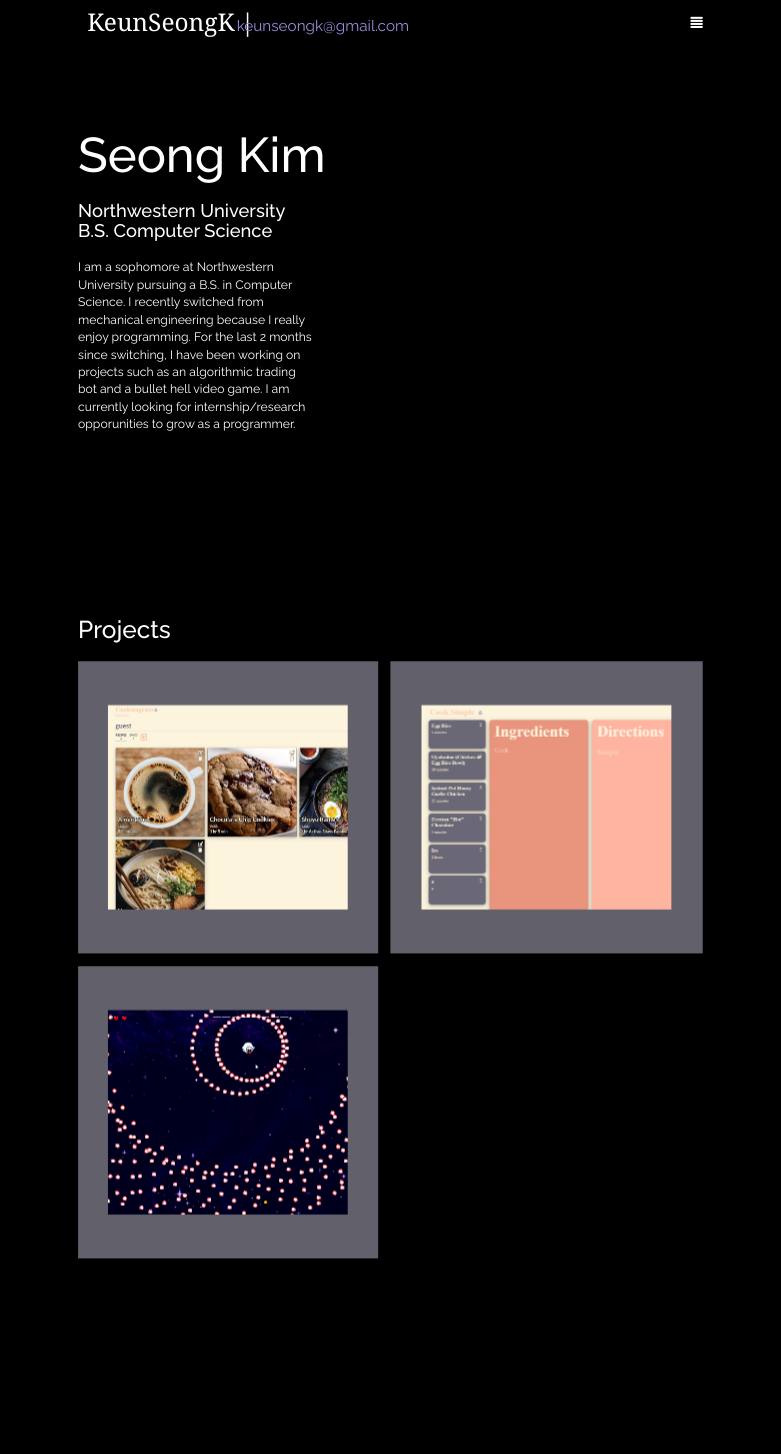
Repository: oqueuo/personal-site
Page: index.html
The author's editor kept a copy of each file at every save. The page is drawn from the files as they stood at one save, then again after the next save.
The browser window is 1280 px wide. The pictures show the whole page, at 61% of full size.

Above is the page before, as saved 2020-09-21 18:45:31.

After the next save:
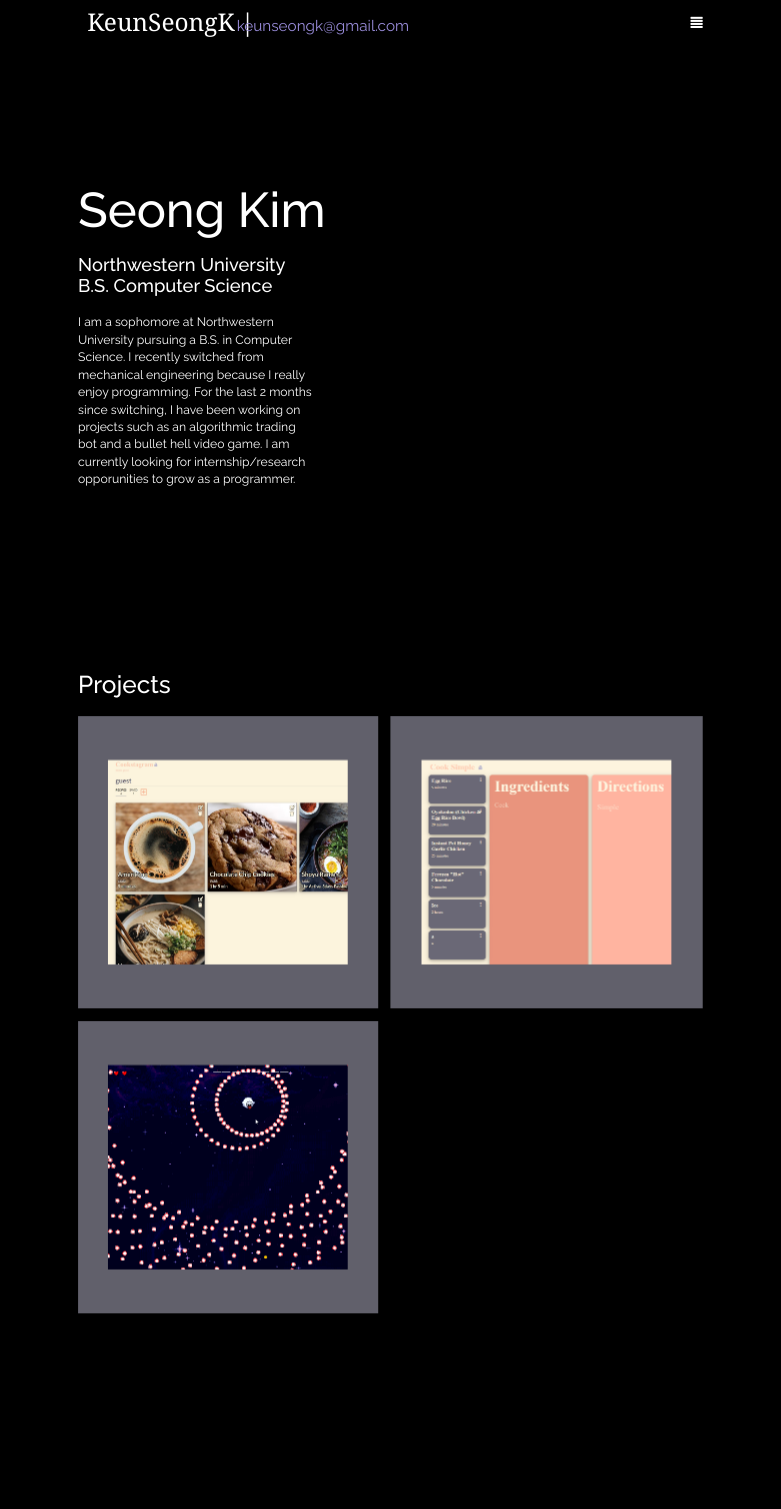
Saved 37 min 29 s later.
--- a/styles.css
+++ b/styles.css
@@ -26,7 +26,7 @@
     padding-top: 10px;
     position: relative;
     width: inherit;
-    height: auto;
+    height: 100px;
 }
 header>a {
     position: absolute;

After the save that followed:
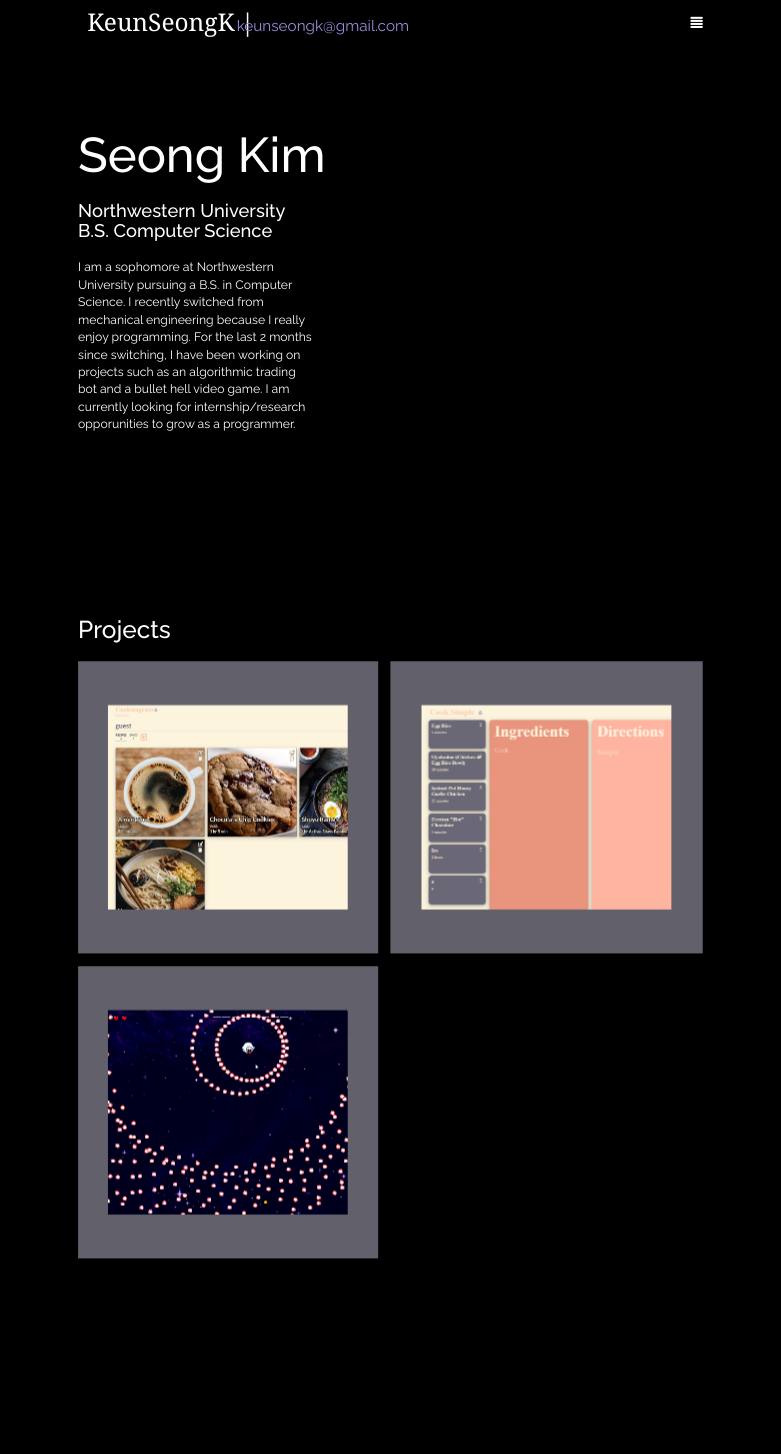
Saved 8 s later.
--- a/styles.css
+++ b/styles.css
@@ -26,7 +26,7 @@
     padding-top: 10px;
     position: relative;
     width: inherit;
-    height: 100px;
+    /* height: 100px; */
 }
 header>a {
     position: absolute;
